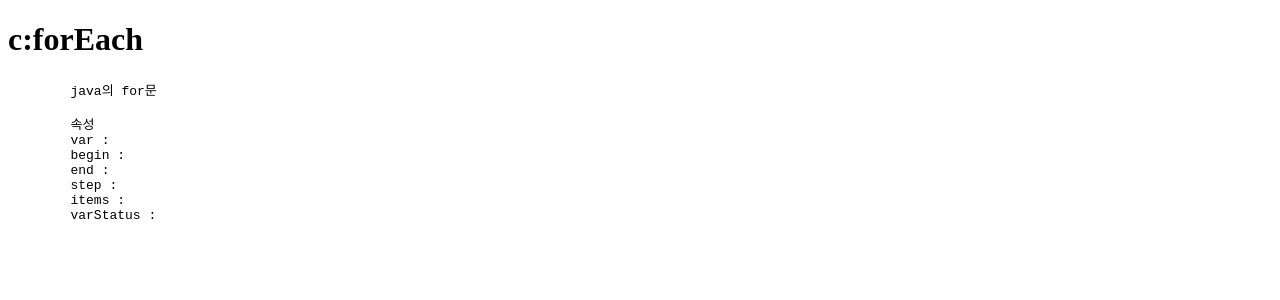
Repository: Seenee-Shin/servlet-jsp
Page: http://localhost/JSPProject/06_JSTL_2.jsp
The author's editor kept a copy of each file at every save. The page is drawn from the files as they stood at one save, then again after the next save.
The browser window is 1280 px wide. The pictures show the whole page.
The page is served by Tomcat 9.

Above is the page before, as saved 2021-11-30 02:37:09.

After the next save:
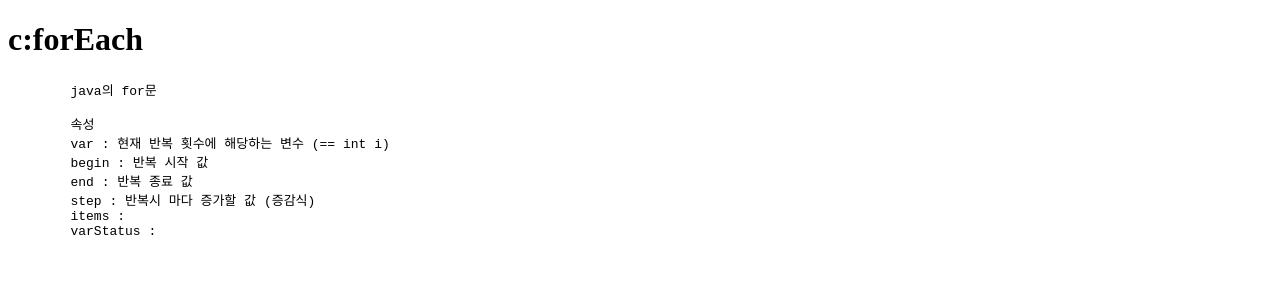
Saved 106 s later.
--- a/JSPProject/src/main/webapp/06_JSTL_2.jsp
+++ b/JSPProject/src/main/webapp/06_JSTL_2.jsp
@@ -13,10 +13,10 @@
 	java의 for문
 
 	속성
-	var :
-	begin :
-	end :
-	step :
+	var : 현재 반복 횟수에 해당하는 변수 (== int i)
+	begin : 반복 시작 값
+	end : 반복 종료 값
+	step : 반복시 마다 증가할 값 (증감식)
 	items :
 	varStatus :
 	</pre>
